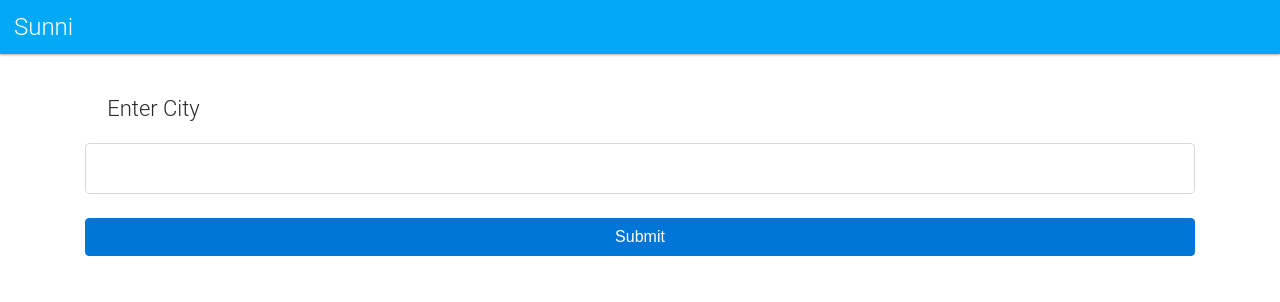
Repository: Oakga/Weather_app
Page: index.html
These files come from the project's save history. The page is drawn as it stood at one moment and after the next save; the edit follows.
The browser window is 1280 px wide. The pictures show the whole page.

Above is the page before, as saved 2017-09-22 05:06:34.

### index.html
<!DOCTYPE html>
<html>
<head>
    <meta charset="utf-8">
    <link rel="stylesheet" href="https://maxcdn.bootstrapcdn.com/bootstrap/4.0.0-alpha.6/css/bootstrap.min.css" integrity="sha384-rwoIResjU2yc3z8GV/NPeZWAv56rSmLldC3R/AZzGRnGxQQKnKkoFVhFQhNUwEyJ" crossorigin="anonymous">
    <!-- <link href='http://fonts.googleapis.com/css?family=Roboto:400,300,700' rel='stylesheet' type='text/css'> -->
    <link href="css/styles.css" rel="stylesheet" type="text/css">
    <script src="https://unpkg.com/axios/dist/axios.min.js"></script>
</head>
<body>
    <header>
        <h1>Sunni</h1>
    </header>
    <div class="container">
        <h2>Enter City</h2>
        <form id="location-form">
            <input type="text" id="location-input" class="form-control form-control-lg "/>
            <br>
            <button type="submit" class="btn btn-primary btn-block">Submit</button>
          </form>
        <div id="formatted-address"></div>
        <div id="geometry-component"></div>
    </div>
    <div id="weather-component"></div>

    <script src="js/main.js"></script>
</body>
</html>

### css/styles.css
body {
    font-family: 'Roboto', 'Sans Serif';
    font-size: 16px;
    padding: 0;
    margin: 0;
}

header {
    background-color: #03A9F4;
    padding: 14px;
    box-shadow: 0 1px 3px rgba(0,0,0,0.12), 0 1px 2px rgba(0,0,0,0.24);
}

h1, h2, h3 {
    font-weight: 300;
}

header > h1 {
    font-weight: 300;
    font-size: 24px;
    margin: 0;
    color: #FFFFFF;
}

h2 {
    font-size: 22px;
    margin: 20px 0 0 0;
    padding: 2%;
}

.table {
    border-radius: 5px;
    width: 50%;
    margin: 0px auto;
    float: none;
}

### js/main.js

let geoCode = (location) => {
    axios.get('https://maps.googleapis.com/maps/api/geocode/json',{
    params:{
        address: location,
        key: 'AIzaSyAkYBjwd7ygcP8GpAz47QsP3s3vaweLAE0'
    }
}).then(function(response){
    const formattedAddr = response.data.results[0].formatted_address;
    const formattedAddrOutput = `
            <ul class="list-group">
            <li class="list-group-item">
            ${formattedAddr}
            </li>
            </ul>
            `;
    let addressComponents = response.data.results[0].address_components;
    let lat = Math.round(response.data.results[0].geometry.location.lat*10000)/10000;
    let lng = Math.round(response.data.results[0].geometry.location.lng*10000)/10000;
    let geometryOutput = `
            <ul class="list-group">
            <li class="list-group-item">
            <strong>
            Latitude
            </strong>: ${lat}
            </li>
            <li class="list-group-item">
            <strong>
            Longitude
            </strong>: ${lng}
            </li>
            </ul>
            `;
    document.getElementById('formatted-address').innerHTML = formattedAddrOutput;
    document.getElementById('geometry-component').innerHTML = geometryOutput;

    darkSky(lat,lng);

})
.catch(function(error){
    const formattedAddrOutput = `
    <div class="alert alert-danger" role="alert">
    <strong>Unknown Location!</strong> Change a few things up and try submitting again.
    </div>
    `;
    document.getElementById('formatted-address').innerHTML = formattedAddrOutput;
})
};

let darkSky = (lat, lng, date = Date.now()) => {
    let apiCall = 'https://cors-anywhere.herokuapp.com/https://api.darksky.net/forecast/c84a2f187efcca194054935abae32b10/'+lat+','+lng;
    axios.get(apiCall,{
        params: {
            exclude: '[hourly,flags]',
            time: date
        }
    }).then(function(response){
        let weeklyReport = [];
        const months = ['Jan','Feb','Mar','Apr','May','Jun','Jul','Aug','Sep','Oct','Nov','Dec'];
        const days = ['Sun','Mon','Tue','Wed','Thur','Fri','Sat'];
        let year, month, day;
        const currentDate =  response.data.currently;
        const dailyDate = response.data.daily.data;
        for(let i=0;i<dailyDate.length;i++){
            var date = new Date(dailyDate[i].time*1000);
            year = date.getFullYear();
            month = months[date.getMonth()];
            day = days[date.getDay()];
            numDate = date.getDate();
            formattedTime = numDate + ' ' + month + ' ' + year;
            const dayReport = weeklyReport[i] = {
                Time: formattedTime,
                Humidity: dailyDate[i].humidity,
                Precipitation: dailyDate[i].precipProbability,
                Intensity: dailyDate[i].precipIntensity,
                Wind: dailyDate[i].windSpeed,
                MaxTemperature: dailyDate[i].temperatureMax,
                MinTemperature: dailyDate[i].temperatureMin,
            };
        };
        console.log(weeklyReport);
        let columnNames = ``;
        for ( property in weeklyReport[0] ) {
            columnNames += `
            <th>
            ${property}
            </th>
            `;
        };

        let itemRows = ``;
        let reportForTheDay;
        for(var i=0;i<weeklyReport.length;i++){
            reportForTheDay=weeklyReport[i];
            itemRows += `<tr>
            <th scope="row">${reportForTheDay.Time}</th>
            <td>${reportForTheDay.Humidity}</td>
            <td>${reportForTheDay.Precipitation}</td>
            <td>${reportForTheDay.Intensity}</td>
            <td>${reportForTheDay.Wind}</td>
            <td>${reportForTheDay.MaxTemperature}</td>
            <td>${reportForTheDay.MinTemperature}</td>
            </tr>`
        };

        let tableOutput = `
            <h2>Future ForeCasts</h2>
            <table class="table">
            <thead class="thead-inverse" id="table-index">
            ${columnNames}
            </thead>
            <tbody>
            ${itemRows}
            </tbody>
            </table>
        `;
        document.getElementById('weather-component').innerHTML = tableOutput;

    })
    .catch(function(error){
        console.log(error);
        const alert = `
        <div class="alert alert-danger" role="alert">
        <strong>Cannot find Weather information!</strong> Change a few things up and try submitting again.
        </div>
        `;
        document.getElementById('weather-component').insertAdjacentHTML("afterbegin",alert);
    })
    ;
}


document.getElementById('location-form').addEventListener('submit', function (e){
    e.preventDefault();
    let location = document.getElementById('location-input').value;
    geoCode(location);

});

After the next save:
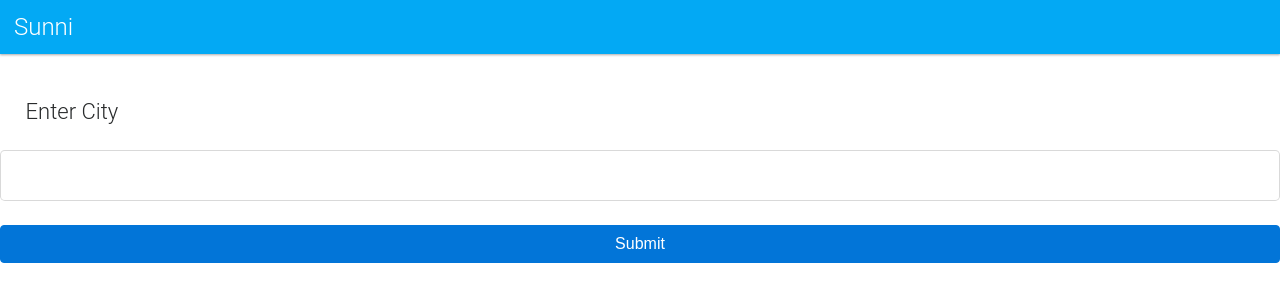
Saved 17 s later.
--- a/index.html
+++ b/index.html
@@ -11,7 +11,6 @@
     <header>
         <h1>Sunni</h1>
     </header>
-    <div class="container">
         <h2>Enter City</h2>
         <form id="location-form">
             <input type="text" id="location-input" class="form-control form-control-lg "/>
@@ -20,9 +19,7 @@
           </form>
         <div id="formatted-address"></div>
         <div id="geometry-component"></div>
-    </div>
     <div id="weather-component"></div>
-
     <script src="js/main.js"></script>
 </body>
 </html>
